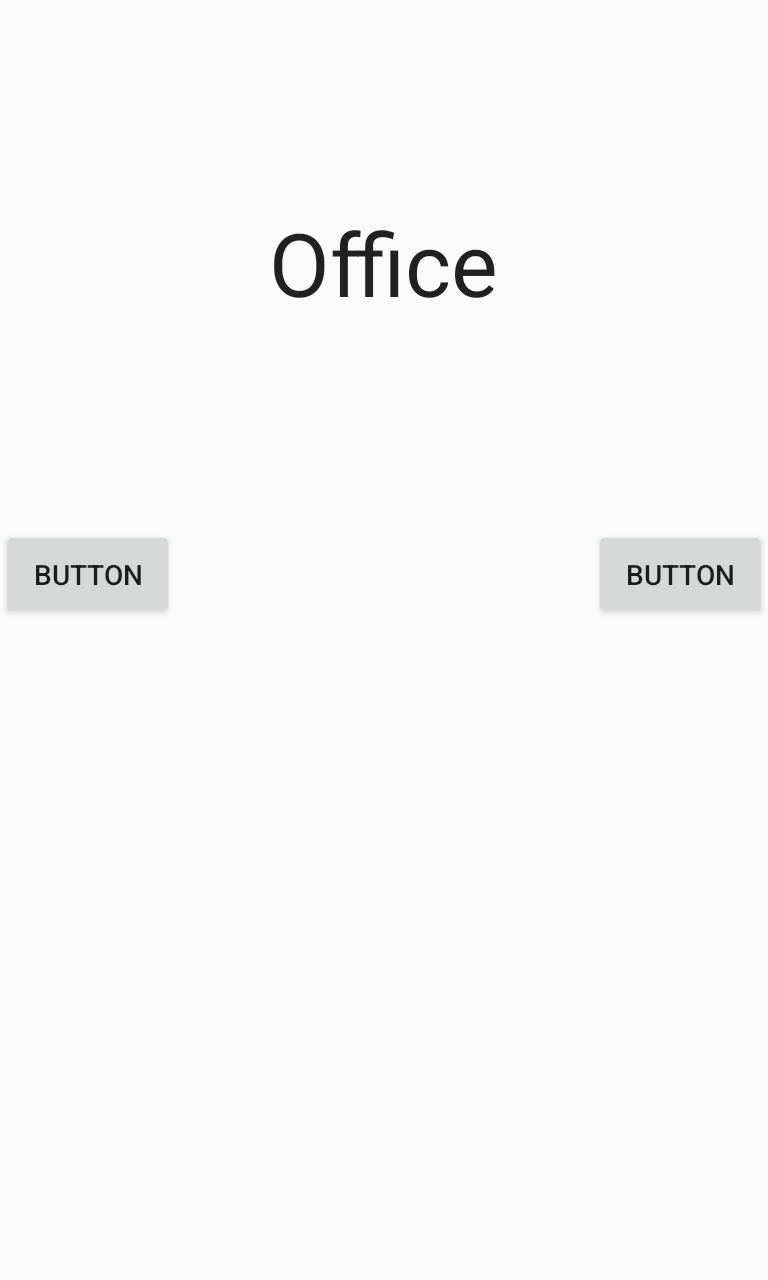
Repository: hessfr/contextRecognition
Layout: androidProjects/ContextRecognition/res/layout/activity_main.xml
An editor plug-in stored every save of this project. The layout is shown before and after the next save, followed by the edit.
It is drawn on a 768 x 1280 px phone screen (xhdpi) without system bars, with theme AppTheme; the app's code is not run.

Above is the layout before, as saved 2014-05-30 06:51:37.

### androidProjects/ContextRecognition/res/layout/activity_main.xml
<LinearLayout xmlns:android="http://schemas.android.com/apk/res/android"
    xmlns:tools="http://schemas.android.com/tools"
    android:id="@+id/container"
    android:layout_width="match_parent"
    android:layout_height="match_parent"
    android:orientation="vertical"
    tools:context="com.example.contextrecognition.MainActivity"
    tools:ignore="MergeRootFrame" >

    <RelativeLayout
        android:layout_width="match_parent"
        android:layout_height="263dp" >

        <TextView
            android:id="@+id/textView1"
            android:layout_width="wrap_content"
            android:layout_height="wrap_content"
            android:layout_centerInParent="true"
            android:text="Office"
            android:textAppearance="?android:attr/textAppearanceLarge"
            android:textSize="44sp" />
    </RelativeLayout>

    <LinearLayout
        android:layout_width="match_parent"
        android:layout_height="wrap_content" >

        <RelativeLayout
            android:layout_width="wrap_content"
            android:layout_height="match_parent"
            android:layout_centerInParent="true" >

            <Button
                android:id="@+id/button2"
                android:layout_width="wrap_content"
                android:layout_height="wrap_content"
                android:layout_alignParentRight="true"
                android:layout_alignParentTop="true"
                android:text="Button" />

            <Button
                android:id="@+id/button2"
                android:layout_width="wrap_content"
                android:layout_height="wrap_content"
                android:layout_alignParentLeft="true"
                android:layout_alignParentTop="true"
                android:text="Button" />

        </RelativeLayout>

    </LinearLayout>

</LinearLayout>

Loaded but not shown: androidProjects/ContextRecognition/res/values/styles.xml (common file); androidProjects/ContextRecognition/res/values-v11/styles.xml (common file); androidProjects/ContextRecognition/res/values-v14/styles.xml (common file)

After the next save:
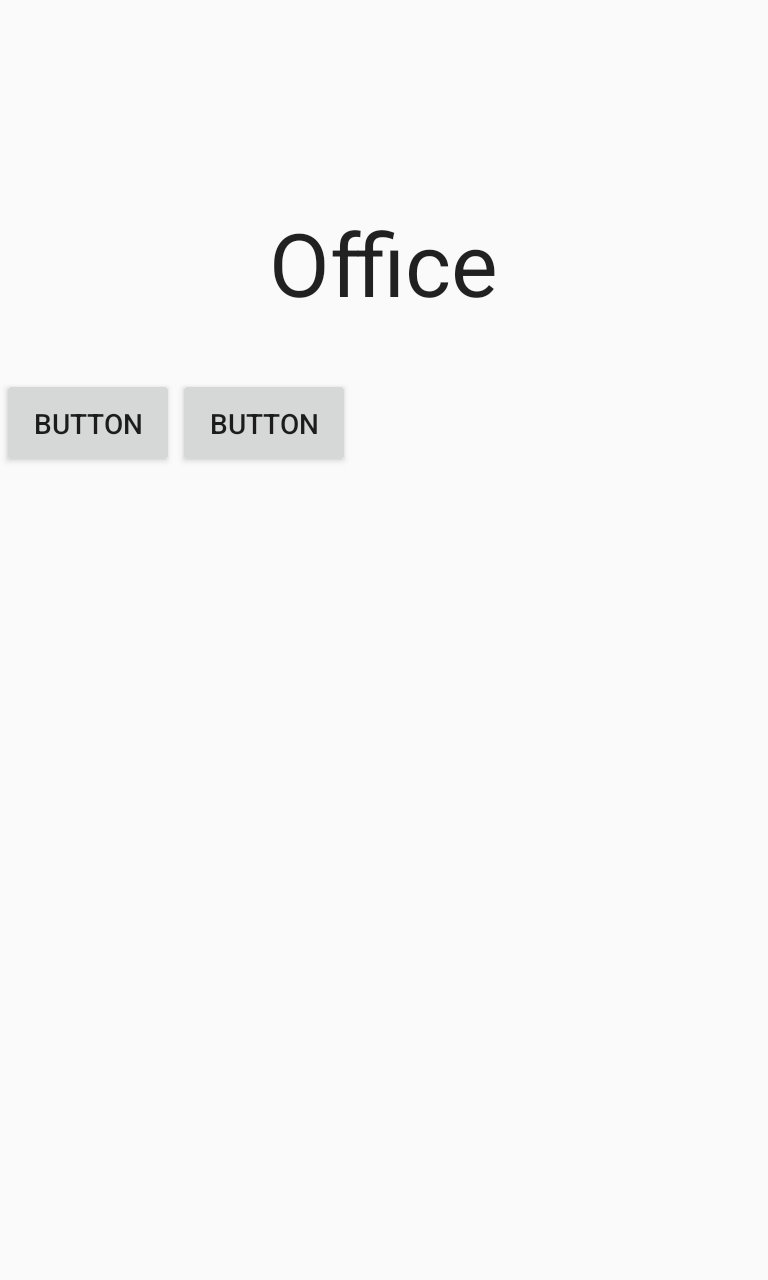
Saved 10 min 5 s later.
--- a/androidProjects/ContextRecognition/res/layout/activity_main.xml
+++ b/androidProjects/ContextRecognition/res/layout/activity_main.xml
@@ -19,35 +19,41 @@
             android:text="Office"
             android:textAppearance="?android:attr/textAppearanceLarge"
             android:textSize="44sp" />
-    </RelativeLayout>
-
-    <LinearLayout
-        android:layout_width="match_parent"
-        android:layout_height="wrap_content" >
 
         <RelativeLayout
             android:layout_width="wrap_content"
             android:layout_height="match_parent"
-            android:layout_centerInParent="true" >
+            android:layout_alignParentLeft="true"
+            android:layout_below="@+id/textView1" >
 
-            <Button
-                android:id="@+id/button2"
-                android:layout_width="wrap_content"
-                android:layout_height="wrap_content"
-                android:layout_alignParentRight="true"
-                android:layout_alignParentTop="true"
-                android:text="Button" />
+            <LinearLayout
+	        android:layout_width="match_parent"
+	        android:layout_height="wrap_content"
+	        android:layout_centerInParent="true" >
 
-            <Button
-                android:id="@+id/button2"
-                android:layout_width="wrap_content"
-                android:layout_height="wrap_content"
-                android:layout_alignParentLeft="true"
-                android:layout_alignParentTop="true"
-                android:text="Button" />
+                <Button
+	                android:id="@+id/button2"
+	                android:layout_width="wrap_content"
+	                android:layout_height="wrap_content"
+	                android:layout_alignParentRight="true"
+	                android:layout_alignParentTop="true"
+	                android:text="Button" />
+
+            	<Button
+	                android:id="@+id/button2"
+	                android:layout_width="wrap_content"
+	                android:layout_height="wrap_content"
+	                android:layout_alignParentLeft="true"
+	                android:layout_alignParentTop="true"
+	                android:text="Button" />
+
+	    	</LinearLayout>
+
 
         </RelativeLayout>
 
-    </LinearLayout>
+    </RelativeLayout>
+
+
 
 </LinearLayout>
